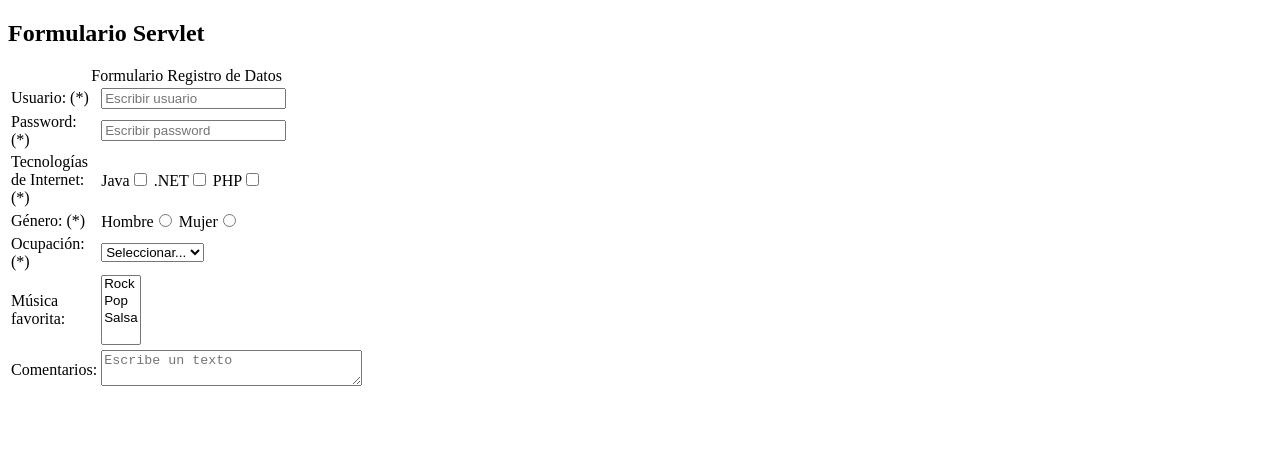
Repository: SRubiRosales/JavaBasico
Page: http://localhost/ManejoFormulariosHTML/
The author's editor kept a copy of each file at every save. The page is drawn from the files as they stood at one save, then again after the next save.
The browser window is 1280 px wide. The pictures show the whole page.
The page is served by Tomcat 9.

Above is the page before, as saved 2022-04-25 22:28:54.

### ManejoFormulariosHTML/src/main/webapp/index.jsp
<!DOCTYPE html>
<html>
	<head>
		<title>Ejercicio Formulario</title>
		<meta http-equiv="Content-Type" content="text/html; charset=UTF-8">
		<link rel="stylesheet" type="text/css" href="resources/styles.css">
		<script type="text/javascript" src="resources/functions.js"></script>
	</head>
	<body>
		<h2>Formulario Servlet</h2>
		<form name="form1" action="servlet" method="POST" onSubmit="return validarForma(this)"><!-- El formulario responde al servlet del action -->
			<input type="hidden" name="oculto" value="valorOculto"></input>
			<table width="200" id="enfasis-columna">
				<caption>Formulario Registro de Datos</caption>
				<tr>
					<td class="columna">Usuario: (*)</td>
					<td>
						<input class="default" type="text" name="usuario" placeholder="Escribir usuario"></input>
					</td>
				</tr>
				<tr>
					<td class="columna">Password: (*)</td>
					<td>
						<input class="default" type="password" name="password" placeholder="Escribir password"></input>
					</td>
				</tr>
				<tr>
					<td class="columna">Tecnologías de Internet: (*)</td>
					<td>
						<span>Java<input type="checkbox" name="tecnologia" value="java"/></span>
						<span>.NET<input type="checkbox" name="tecnologia" value="net"/></span>
						<span>PHP<input type="checkbox" name="tecnologia" value="php"/></span>
					</td>
				</tr>
				<tr>
					<td class="columna">Género: (*)</td>
					<td>
						Hombre<input type="radio" name="genero" value="H"/>
						Mujer<input type="radio" name="genero" value="M"/>
					</td>
				</tr>
				<tr>
					<td class="columna">Ocupación: (*)</td>
					<td>
						<select name="ocupacion" class="default">
							<option value="">Seleccionar...</option>
							<option value="1">Profesor</option>
							<option value="2">Ingeniero</option>
							<option value="3">Jubilado</option>
							<option value="4">Otro</option>
						</select>
					</td>
				</tr>
				<tr>
					<td class="columna">Música favorita:</td>
					<td>
						<select name="musica" multiple class="default">
							<option value="rock">Rock</option>
							<option value="pop">Pop</option>
							<option value="salsa">Salsa</option>
						</select>
					</td>
				</tr>
				<tr>
					<td class="columna">Comentarios:</td>
					<td>
						<textarea rows="2" cols="30" name="comentarios" class="default" placeholder="Escribe un texto"></textarea>
					</td>
				</tr>
			</table>
		</form>
	</body>
</html>

Loaded but not shown: ManejoFormulariosHTML/src/main/webapp/resources/styles.css (common file); ManejoFormulariosHTML/src/main/webapp/resources/functions.js (common file)

After the next save:
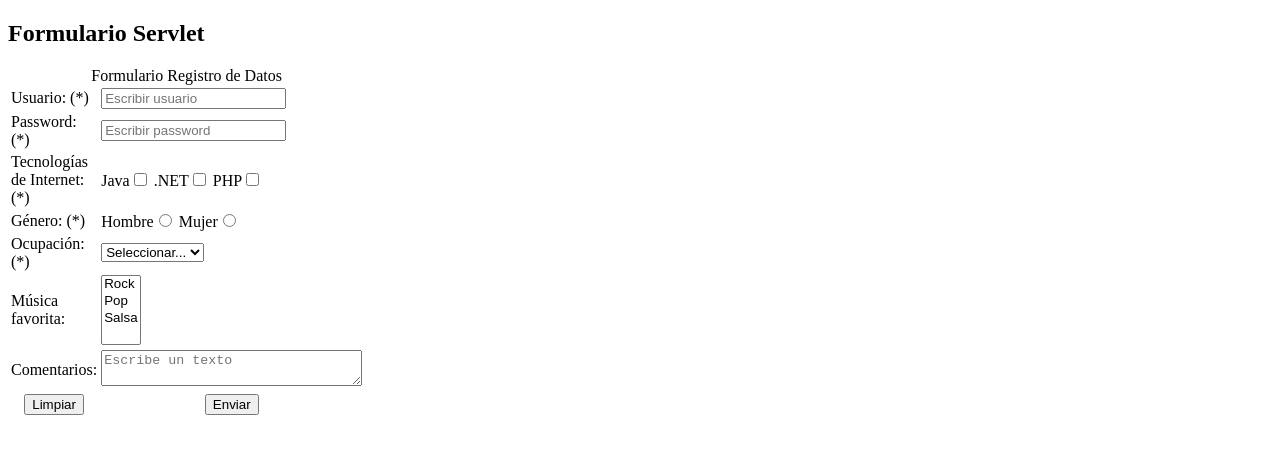
Saved 3 min 33 s later.
--- a/ManejoFormulariosHTML/src/main/webapp/index.jsp
+++ b/ManejoFormulariosHTML/src/main/webapp/index.jsp
@@ -67,6 +67,14 @@
 						<textarea rows="2" cols="30" name="comentarios" class="default" placeholder="Escribe un texto"></textarea>
 					</td>
 				</tr>
+				<tr style="text-align: center;">
+					<td>
+						<input type="reset" value="Limpiar" class="default"/>
+					</td>
+					<td>
+						<input type="submit" value="Enviar" class="default"/>
+					</td>
+				</tr>
 			</table>
 		</form>
 	</body>
